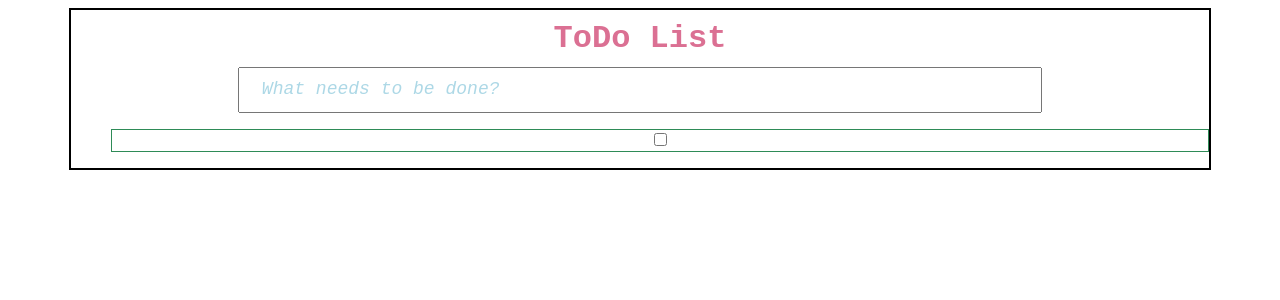
Repository: litalsh/To-Do-List
Page: index.html
The author's editor kept a copy of each file at every save. The page is drawn from the files as they stood at one save, then again after the next save.
The browser window is 1280 px wide. The pictures show the whole page.

Above is the page before, as saved 2019-10-23 19:05:11.

### index.html
<!DOCTYPE html>
<html lang="en">

<head>
    <meta charset="UTF-8">
    <meta name="viewport" content="width=device-width, initial-scale=1.0">
    <meta http-equiv="X-UA-Compatible" content="ie=edge">
    <link rel="stylesheet" href="style.css">
    <title>ToDo List</title>
</head>

<body>
    <div class="container">
        <header>
            <h1>ToDo List</h1>
            <input type="text" class="todo_input" placeholder="What needs to be done?">
        </header>
        <ul class="todo_list">
            <li>
                <div class="todo_item">
                    <input type="checkbox" class="checked">
                    <label></label>
                    <div class="remove"></div>
                </div>
            </li>
        </ul>
    </div>


    <script src="script.js"></script>
</body>

</html>

### style.css
body{
    font-family: 'Courier New', Courier, monospace;
  }

  .container{
    width: 90%;
    margin: 0 auto;
    border: 2px solid black;
    text-align: center;
  }

  header > h1{
    color: palevioletred;
    margin: 10px auto;
  }

  .todo_input{
    width: 70%;
    line-height: 40px;
    text-indent: 20px;
  }

  .todo_input::placeholder{
    font-style: italic;
    font-size: 18px;
    color: lightblue;
    font-family: 'Courier New', Courier, monospace;

  }

  .todo_list{
    list-style: none;
  }

  .todo_item{
      border: 1px solid seagreen;
  }

Loaded but not shown: script.js (no stored copy; drawn as an empty file)

After the next save:
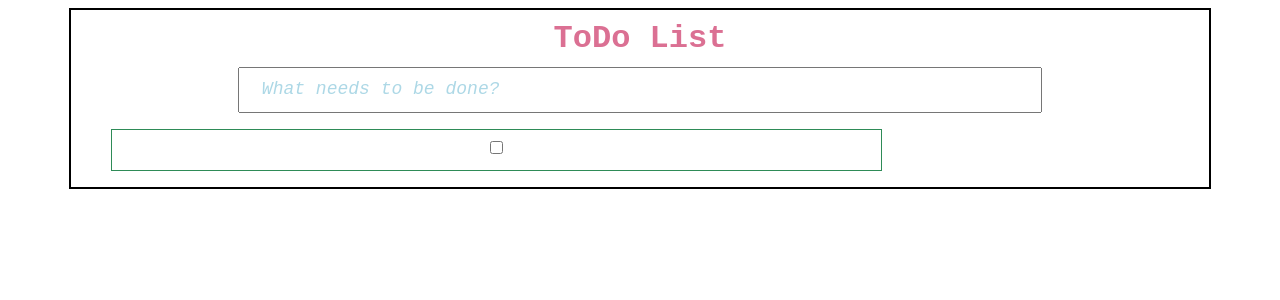
Saved 48 s later.
--- a/style.css
+++ b/style.css
@@ -34,4 +34,7 @@ body{
 
   .todo_item{
       border: 1px solid seagreen;
+      width: 70%;
+      line-height: 40px;
+
   }
